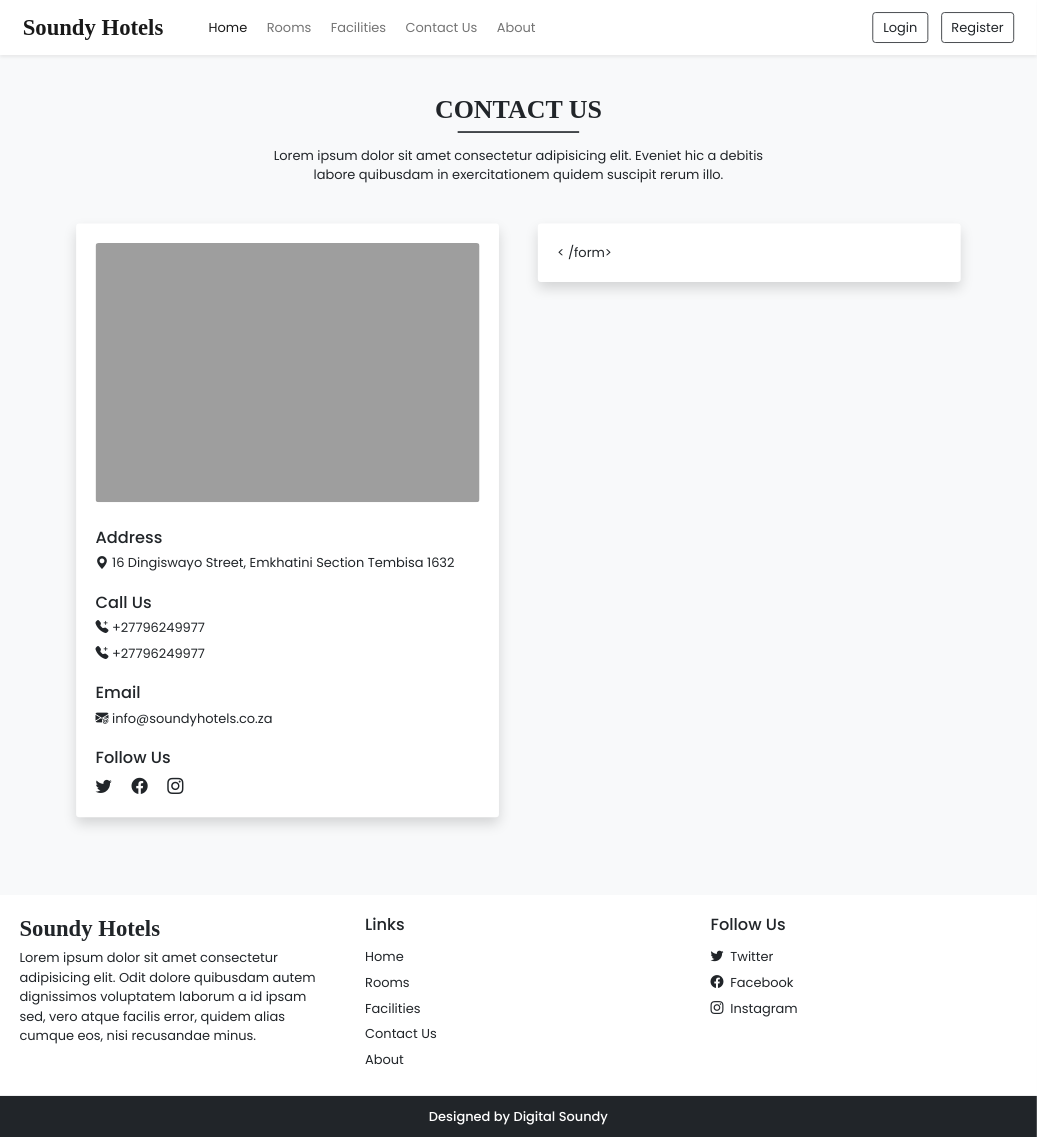
Repository: spencersoundy/Hotel-Booking-App
Page: http://localhost/contact.php
An editor plug-in stored every save of this project. The page is shown before and after a run of saves, followed by the edit.
The browser window is 1280 px wide. The pictures show the whole page, at 81% of full size.
Pictures or frames that could not be fetched are drawn as grey boxes. Some web fonts or font styles are not loaded; a fallback is used. The page is run by PHP 8.4 with error messages shown; the project is at /var/www/html/.

Above is the page before, as saved 2023-08-04 23:56:06.

### contact.php
<!DOCTYPE html>
<html lang="en">
<head>
    <meta charset="UTF-8">
    <meta http-equiv="X-UA-Compatible" content="IE=edge">
    <meta name="viewport" content="width=device-width, initial-scale=1.0">
    <title>Soundy Hotels - CONTACT</title>
    <?php require('inc/links.php') ?>
</head>
<body class="bg-light">

<?php require('inc/header.php') ?>

<div class="my-5 px-4">
    <h2 class="fw-bold h-font text-center">CONTACT US</h2>
    <div class="h-line bg-dark"></div>
    <p class="text-center mt-3">
        Lorem ipsum dolor sit amet consectetur adipisicing elit.
        Eveniet hic a debitis <br> labore quibusdam in exercitationem
        quidem suscipit rerum illo.
    </p>
</div>

<div class="container">
    <div class="row">
        <div class="col-lg-6 col-md-6 mb-5 px-4">
            <div class="bg-white rounded shadow p-4">
                <iframe class="w-100 rounded mb-4" height="320px" src="https://www.google.com/maps/embed?pb=!1m18!1m12!1m3!1d3585.708810342345!2d28.2120409827257!3d-26.010354497291896!2m3!1f0!2f0!3f0!3m2!1i1024!2i768!4f13.1!3m3!1m2!1s0x1e956bf2ad5976c9%3A0x6f9e0753eef116a!2s16%20Dingiswayo%20St%2C%20Emkantini%2C%20Tembisa%2C%201632!5e0!3m2!1sen!2sza!4v1691170736196!5m2!1sen!2sza" loading="lazy"></iframe>

                    <h5>Address</h5>
                <a href="https://goo.gl/maps/Av7G3xEeVXWeW6kQ6" target="_blank" class="d-line-block text-decoration-none text-dark mb-2">
                <i class="bi bi-geo-alt-fill"></i> 16 Dingiswayo Street, Emkhatini Section Tembisa 1632
                </a>

                <h5 class="mt-4">Call Us</h5>
                <a href="Tell: +27796249977" class="d-inline-block mb-2 text-decoration-none text-dark">
                    <i class="bi bi-telephone-plus-fill"></i> +27796249977
                </a>
                <br>
                <a href="Tell: +27796249977" class="d-inline-block text-decoration-none text-dark">
                    <i class="bi bi-telephone-plus-fill"></i> +27796249977
                </a>

                <h5 class="mt-4">Email</h5>
                <a href="mailto: info@soundyhotels.co.za" class="d-inline-block text-decoration-none text-dark">
                    <i class="bi bi-envelope-at-fill"></i> info@soundyhotels.co.za
                </a>

                <h5 class="mt-4">Follow Us</h5>
                <a href="#" class="d-inline-block text-dark fs-5 me-3">
                        <i class="bi bi-twitter me-1"></i>
                </a>
                <a href="#" class="d-inline-block text-dark fs-5 me-3">
                        <i class="bi bi-facebook me-1"></i>
                </a>
                <a href="#" class="d-inline-block">
                        <i class="bi bi-instagram me-1 text-dark fs-5"></i>
                </a>
            </div>
        </div>
        <div class="col-lg-6 col-md-6 px-4">
            <div class="bg-white rounded shadow p-4">
                <form><
                    /form>
            </div>
        </div>
    </div>
</div>

<?php require('inc/footer.php')?>

</body>
</html>

### inc/links.php
<link href="https://cdn.jsdelivr.net/npm/bootstrap@5.0.2/dist/css/bootstrap.min.css" rel="stylesheet" integrity="sha384-EVSTQN3/azprG1Anm3QDgpJLIm9Nao0Yz1ztcQTwFspd3yD65VohhpuuCOmLASjC" crossorigin="anonymous">
<link href="https://fonts.googleapis.com/css2?family=Merienda:wght@400;700&family=Poppins:wght@400;500;600&display=swap" rel="stylesheet">
<link rel="stylesheet" href="https://cdn.jsdelivr.net/npm/bootstrap-icons@1.10.5/font/bootstrap-icons.css">
<link rel="stylesheet" href="css/common.css"/>

### inc/header.php
<nav class="navbar navbar-expand-lg navbar-light bg-white px-lg-3 py-lg-2 shadow-sm sticky-top">
    <div class="container-fluid">
        <a class="navbar-brand me-5 fw-bold fs-3 h-font" href="index.php">Soundy Hotels</a>
        <button class="navbar-toggler shadow-none" type="button" data-bs-toggle="collapse" data-bs-target="#navbarSupportedContent" aria-controls="navbarSupportedContent" aria-expanded="false" aria-label="Toggle navigation">
        <span class="navbar-toggler-icon"></span>
        </button>
        <div class="collapse navbar-collapse" id="navbarSupportedContent">
        <ul class="navbar-nav me-auto mb-2 mb-lg-0">
            <li class="nav-item">
            <a class="nav-link active me-2" aria-current="page" href="index.php">Home</a>
            </li>
            <li class="nav-item">
            <a class="nav-link me-2" href="#">Rooms</a>
            </li>
            <li class="nav-item">
            <a class="nav-link me-2" href="facilities.php">Facilities</a>
            </li><li class="nav-item">
            <a class="nav-link me-2" href="contact.php">Contact Us</a>
            </li><li class="nav-item">
            <a class="nav-link" href="about.php">About</a>
            </li>
        </ul>
        <div class="d-flex">
            <button type="button" class="btn btn-outline-dark shadow-none me-lg-3 me-2" data-bs-toggle="modal" data-bs-target="#loginModal">
                Login
            </button>
            <button type="button" class="btn btn-outline-dark shadow-none" data-bs-toggle="modal" data-bs-target="#registerModal">
                Register
            </button>
        </div>
        </div>
    </div>
    </nav>

    <div class="modal fade" id="loginModal" data-bs-backdrop="static" data-bs-keyboard="false" tabindex="-1" aria-labelledby="staticBackdropLabel" aria-hidden="true">
        <div class="modal-dialog">
            <div class="modal-content">
                <form>
                    <div class="modal-header">
                        <h5 class="modal-title d-flex align-items-center">
                            <i class="bi bi-person-circle fs-3 me-2"></i> User Login
                        </h5>
                        <button type="reset" class="btn-close shadow-none" data-bs-dismiss="modal" aria-label="Close"></button>
                    </div>
                    <div class="modal-body">
                    <div class="mb-3">
                        <label class="form-label">Email address</label>
                        <input type="email" class="form-control shadow-none">
                    </div>
                    <div class="mb-4">
                        <label class="form-label">Password</label>
                        <input type="password" class="form-control shadow-none">
                    </div>
                        <div class="d-flex align-items-center justify-content-between mb-2">
                            <button type="submit" class="btn btn-dark shadow-none">LOGIN</button>
                            <a href="javascript: void(0)" class="text-secondary text-decoration-none">Forgot Password?</a>
                        </div>
                    </div>
                </form>
            </div>
        </div>
    </div>

    <div class="modal fade" id="registerModal" data-bs-backdrop="static" data-bs-keyboard="false" tabindex="-1" aria-labelledby="staticBackdropLabel" aria-hidden="true">
        <div class="modal-dialog modal-lg">
            <div class="modal-content">
                <form>
            <div class="modal-header">
                <h5 class="modal-title d-fle align-items-center">
                    <i class="bi bi-person-lines-fill fs-3 me-2"></i> User Registration
                </h5>
                <button type="reset" class="btn-close shadow-none" data-bs-dismiss="modal" aria-label="Close"></button>
            </div>
            <div class="modal-body">
                <span class="badge rounded-pill bg-light text-dark mb-3 text-wrap lh-base">
                    Note: Your details must match with your ID (ID book/card, passport, drivers license, etc.)
                    that will be required during check-in.
                </span>
                <div class="container-fluid">
                    <div class="row">
                        <div class="col-md-6 ps-0 mb-3">
                            <label class="form-label">Name</label>
                            <input type="text" class="form-control shadow-none">
                        </div>
                        <div class="col-md-6 p-0 mb-3">
                            <label class="form-label">Email</label>
                            <input type="email" class="form-control shadow-none">
                        </div>
                        <div class="col-md-6 ps-0 mb-3">
                            <label class="form-label">Phone Number</label>
                            <input type="number" class="form-control shadow-none">
                        </div>
                        <div class="col-md-6 p-0 mb-3">
                            <label class="form-label">Picture</label>
                            <input type="file" class="form-control shadow-none">
                        </div>
                        <div class="col-md-12 p-0 mb-3">
                            <label class="form-label">Address</label>
                            <textarea class="form-control shadow-none" rows="1"></textarea>
                        </div>
                        <div class="col-md-6 ps-0 mb-3">
                            <label class="form-label">Pincode</label>
                            <input type="number" class="form-control shadow-none">
                        </div>
                        <div class="col-md-6 p-0 mb-3">
                            <label class="form-label">Date of birth</label>
                            <input type="date" class="form-control shadow-none">
                        </div>
                        <div class="col-md-6 ps-0 mb-3">
                            <label class="form-label">Password</label>
                            <input type="password" class="form-control shadow-none">
                        </div>
                        <div class="col-md-6 p-0 mb-3">
                            <label class="form-label">Confirm Password</label>
                            <input type="password" class="form-control shadow-none">
                        </div>
                    </div>
                </div>
                <div class="text-center my-1">
                    <button type="submit" class="btn btn-dark shadow-none">REGISTER</button>
                </div>
            </div>
            </form>
            </div>
  </div>
</div>

### inc/footer.php
<div class="container-fluid bg-white mt-5">

        <div class="row">
            <div class="col-lg-4 p-4">
                <h3 class="h-font fw-bold fs-3 mb-2">Soundy Hotels</h3>
                <p>
                    Lorem ipsum dolor sit amet consectetur adipisicing elit.
                    Odit dolore quibusdam autem dignissimos voluptatem laborum a id ipsam sed,
                    vero atque facilis error, quidem alias cumque eos, nisi recusandae minus.
                </p>
            </div>
            <div class="col-lg-4 p-4">
                <h5 class="mb-3">Links</h5>
                <a href="#" class="d-inline-block mb-2 text-dark text-decoration-none">Home</a><br>
                <a href="#" class="d-inline-block mb-2 text-dark text-decoration-none">Rooms</a><br>
                <a href="#" class="d-inline-block mb-2 text-dark text-decoration-none">Facilities</a><br>
                <a href="#" class="d-inline-block mb-2 text-dark text-decoration-none">Contact Us</a><br>
                <a href="#" class="d-inline-block mb-2 text-dark text-decoration-none">About</a>
            </div>
            <div class="col-lg-4 p-4">
                <h5 class="mb-3">Follow Us</h5>
                <a href="#" class="d-inline-block text-dark text-decoration-none mb-2">
                    <i class="bi bi-twitter me-1"></i> Twitter
                </a><br>
                <a href="#" class="d-inline-block text-dark text-decoration-none mb-2">
                    <i class="bi bi-facebook me-1"></i> Facebook
                </a><br>
                <a href="#" class="d-inline-block text-dark text-decoration-none">
                    <i class="bi bi-instagram me-1"></i> Instagram
                </a><br>
            </div>
        </div>
    </div>
</div>

    <h6 class="text-center bg-dark text-white p-3 m-0">Designed by Digital Soundy</h6>

    <script src="https://cdn.jsdelivr.net/npm/bootstrap@5.0.2/dist/js/bootstrap.bundle.min.js" integrity="sha384-MrcW6ZMFYlzcLA8Nl+NtUVF0sA7MsXsP1UyJoMp4YLEuNSfAP+JcXn/tWtIaxVXM" crossorigin="anonymous"></script>

### css/common.css
:root{
    --teal: #2ec1ac;
    --teal_hover: #279e8c;
}

*{
    font-family: 'Poppins', sans-serif;
}
.h-font{
    font-family: 'Merienda', cursive;
}

input::-webkit-outer-spin-button,
input::-webkit-inner-spin-button {
-webkit-appearance: none;
margin: 0;
}

input[type=number] {
-moz-appearance: textfield;
}

.custom-bg{
    background-color: var(--teal);
    border: 1px solid var(--teal);
}
.custom-bg:hover{
    background-color: var(--teal_hover);
    border-color: var(--teal_hover);
}

.h-line{
    width: 150px;
    margin: 0 auto;
    height: 1.7px;
}

After the next 3 saves:
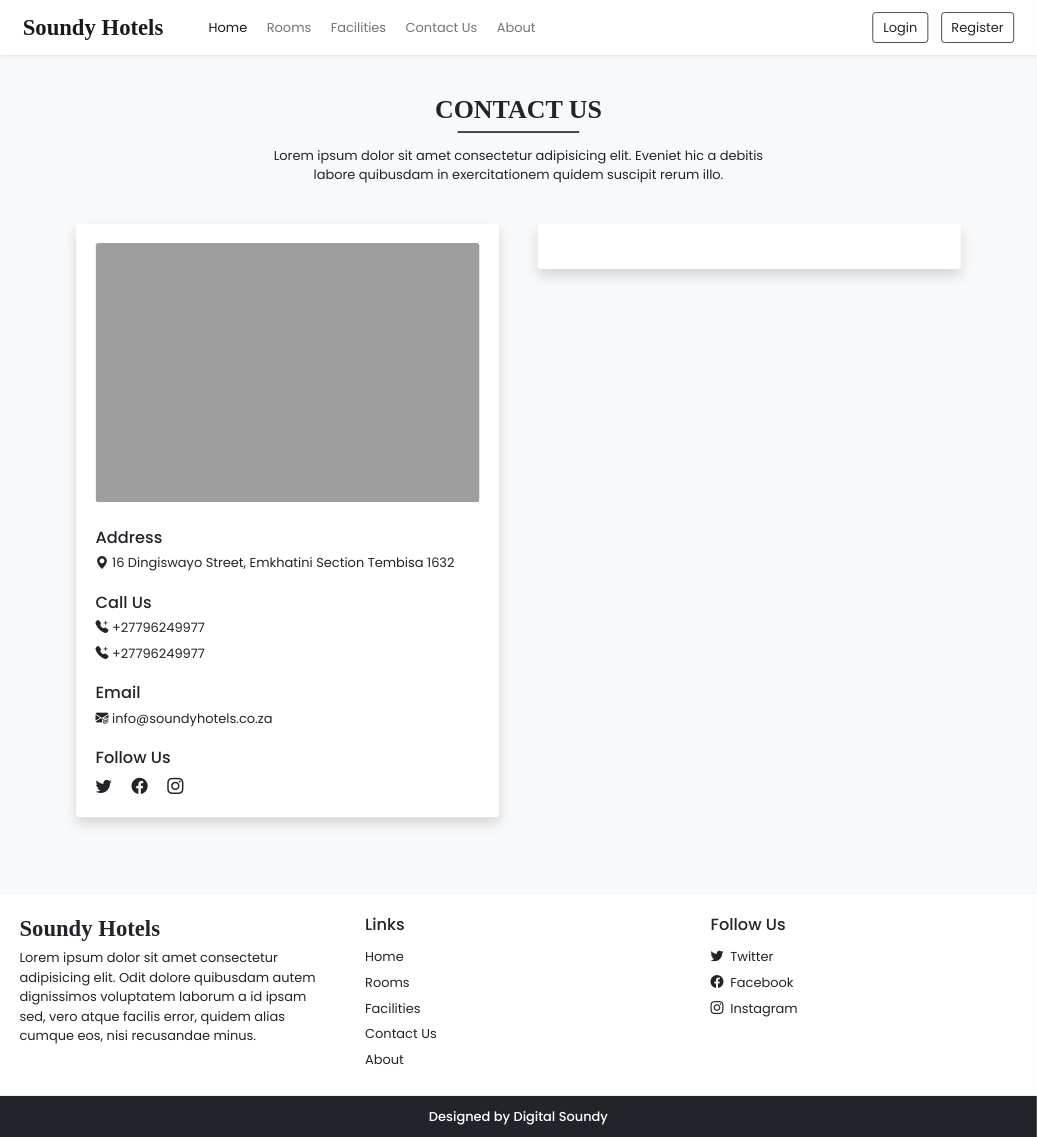
The 3 saves are shown as one change because they came seconds apart.
The last was saved 12 s later.
--- a/contact.php
+++ b/contact.php
@@ -60,8 +60,9 @@
         </div>
         <div class="col-lg-6 col-md-6 px-4">
             <div class="bg-white rounded shadow p-4">
-                <form><
-                    /form>
+                <form>
+                    <h5></h5>
+                </form>
             </div>
         </div>
     </div>
